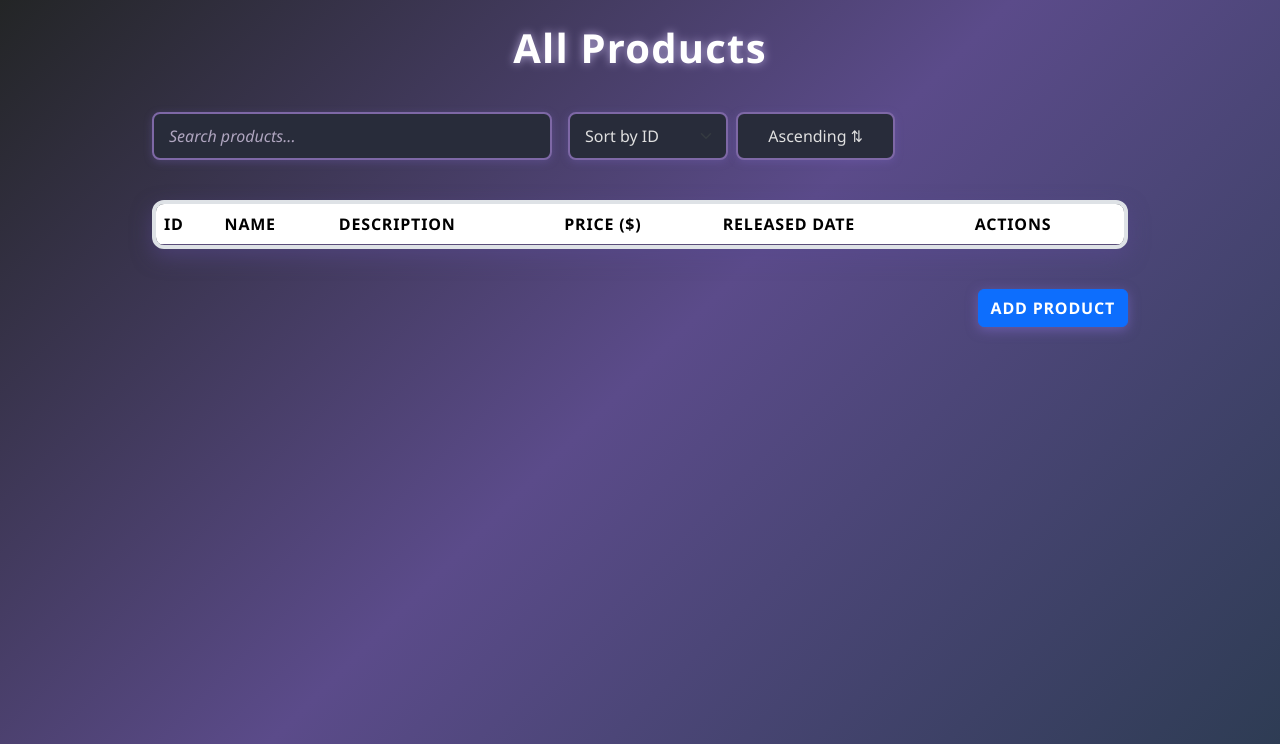
Repository: shyamoracle/training_case_study
Page: pmsagain/pmsitis/src/main/resources/webapp/index.html
These files come from the project's save history. The page is drawn as it stood at one moment and after the next save; the edit follows.
The browser window is 1280 px wide. The pictures show the whole page.
The page's requests for data from a server got no answer.

Above is the page before, as saved 2025-09-19 05:23:12.

After the next save:
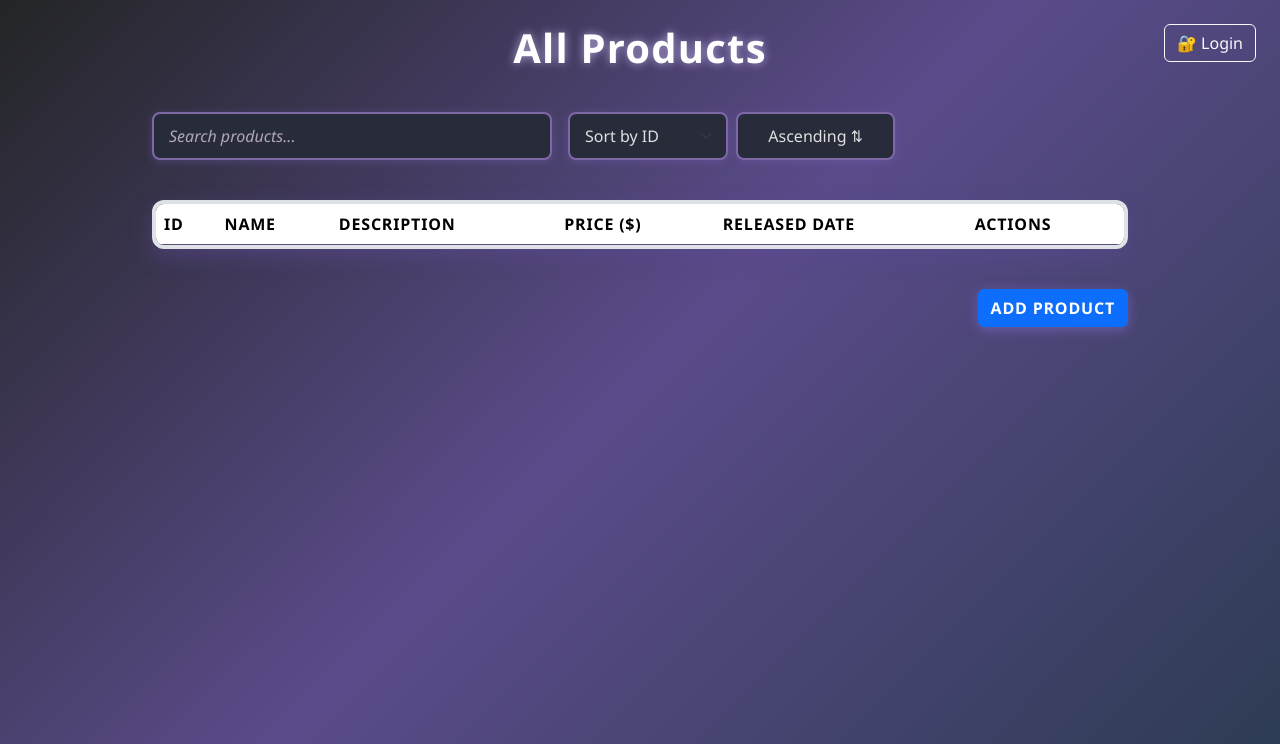
Saved 25 min 58 s later.
--- a/pmsagain/pmsitis/src/main/resources/webapp/index.html
+++ b/pmsagain/pmsitis/src/main/resources/webapp/index.html
@@ -175,6 +175,41 @@
 <body>
   <div class="container mt-4">
     <h1>All Products</h1>
+    <button
+  class="btn btn-outline-light position-absolute top-0 end-0 m-4"
+  data-bs-toggle="modal"
+  data-bs-target="#loginModal"
+  title="Login to change DB credentials"
+>
+  🔐 Login
+</button>
+
+<!-- Login Modal -->
+<div class="modal fade" id="loginModal" tabindex="-1" aria-labelledby="loginModalLabel" aria-hidden="true">
+  <div class="modal-dialog">
+    <div class="modal-content text-dark">
+      <div class="modal-header">
+        <h5 class="modal-title" id="loginModalLabel">Login to DB</h5>
+        <button type="button" class="btn-close" data-bs-dismiss="modal" aria-label="Close"></button>
+      </div>
+      <div class="modal-body">
+        <form id="loginForm">
+          <div class="mb-3">
+            <label for="dbUsername" class="form-label">Username</label>
+            <input type="text" class="form-control" id="dbUsername" required value="shyam" />
+          </div>
+          <div class="mb-3">
+            <label for="dbPassword" class="form-label">Password</label>
+            <input type="password" class="form-control" id="dbPassword" required value="shyam" />
+          </div>
+          <div class="d-flex justify-content-end">
+            <button type="submit" class="btn btn-primary">Login</button>
+          </div>
+        </form>
+      </div>
+    </div>
+  </div>
+</div>
 
    <div class="d-flex flex-wrap align-items-center gap-3 mb-3">
   <input
